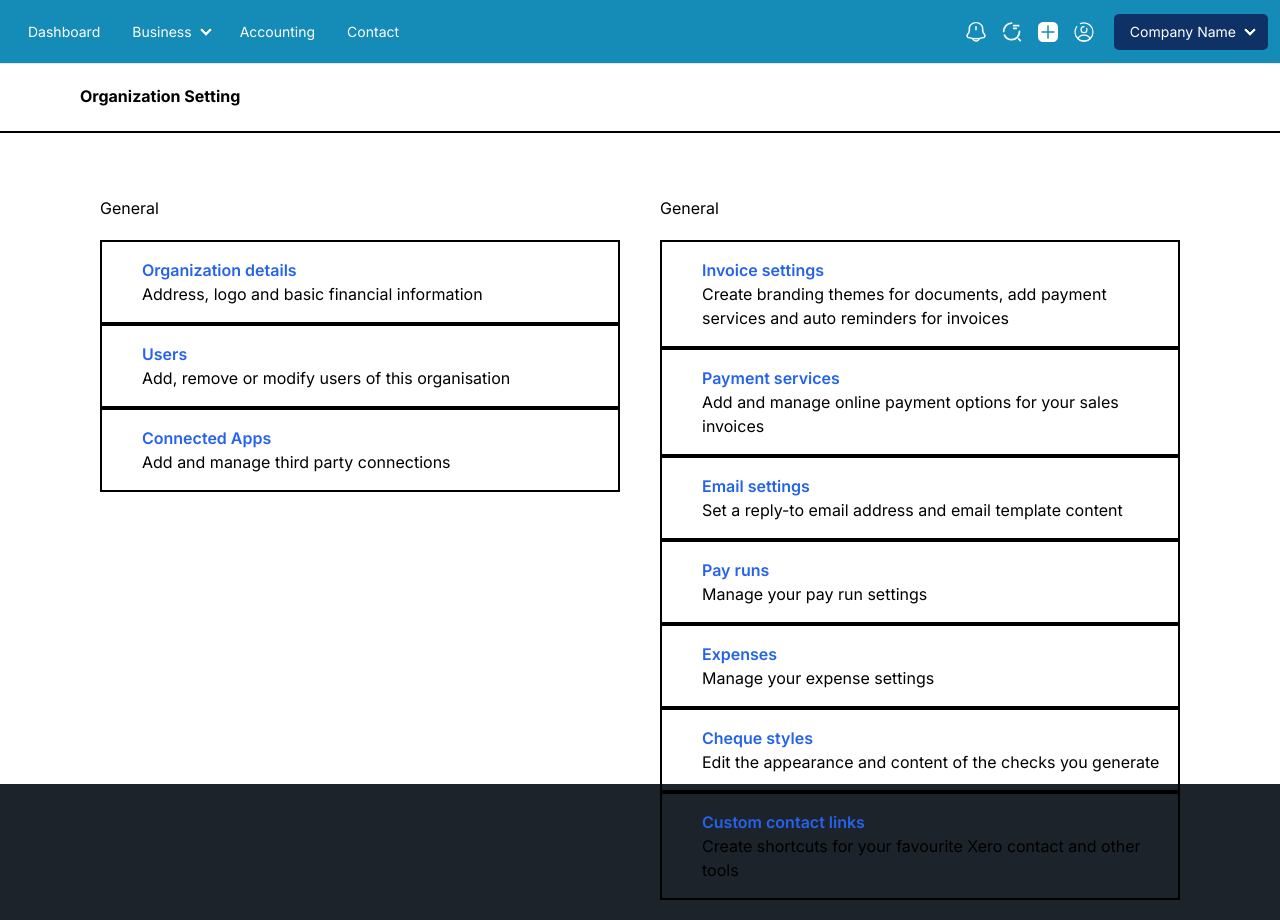
Repository: khairul35/homa-FE
Page: /organization-setting
The author's editor kept a copy of each file at every save. The page is drawn from the files as they stood at one save, then again after the next save.
The browser window is 1280 px wide. The pictures show the whole page.
The project was rebuilt for these pictures with package versions that can differ from the ones it lists, and the page was loaded fresh each time. The framework's server and built-in components were replaced by stand-ins that run in the browser. Also part of the build but not shown: next.config.js, app/organization-setting/component/organization-detail/index.module.css, app/organization-setting/component/organization-detail/OrganizationDetails.tsx.

Above is the page before, as saved 2023-12-26 21:52:52.

After the next save:
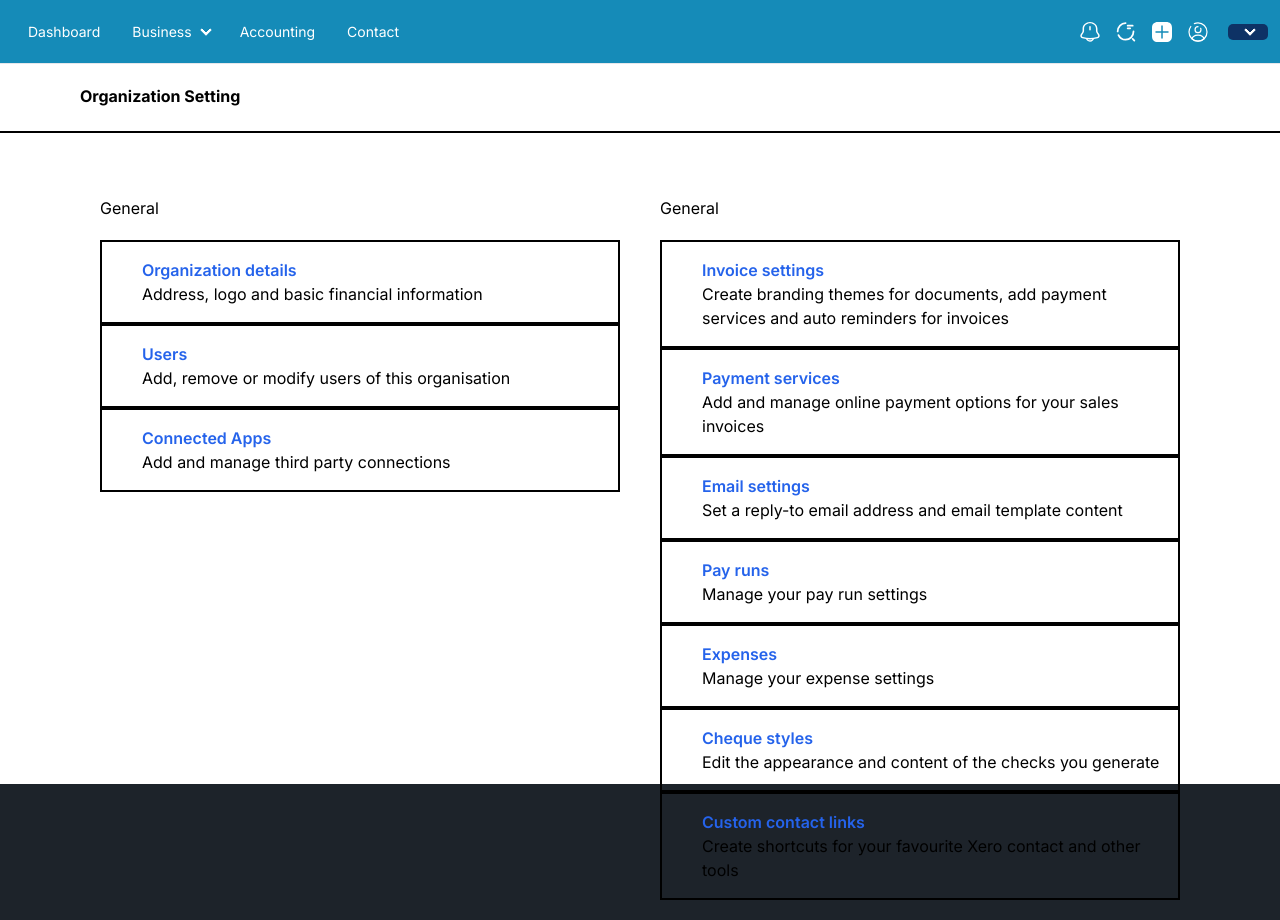
Saved 29 s later.
--- a/app/components/layout/Header.tsx
+++ b/app/components/layout/Header.tsx
@@ -120,7 +120,7 @@ const Header = () => {
                         <li tabIndex={0} style={{ borderRadius: '5px', background: '#0E3265', zIndex: 2 }}>
                             <details>
                                 <summary>
-                                    Company Name
+                                    {organization.name}
                                 </summary>
                                 <CompanyMenu />
                             </details>
